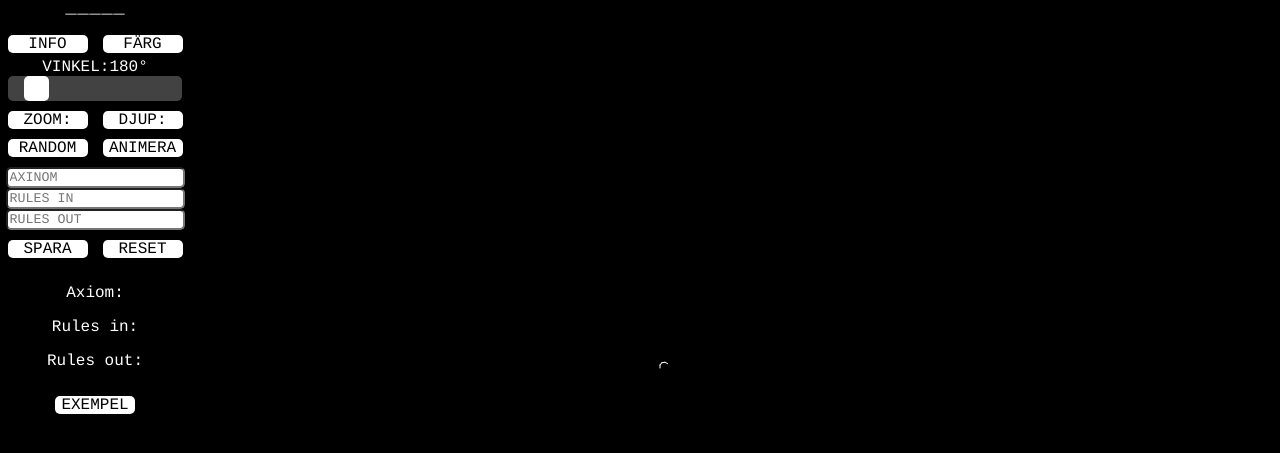
Repository: Gabrielw123/Fraktalgenerator
Page: fraktaler/test/index.html
An editor plug-in stored every save of this project. The page is shown before and after the next save, followed by the edit.
The browser window is 1280 px wide. The pictures show the whole page.
Some web libraries are served in a nearby version.

Above is the page before, as saved 2022-01-13 09:47:18.

### fraktaler/test/index.html
<!DOCTYPE html>
<html lang="en">
  <head>
    <meta charset="UTF-8" />
    <meta http-equiv="X-UA-Compatible" content="IE=edge" />
    <meta name="viewport" content="width=device-width, initial-scale=1.0" />
    <link rel="stylesheet" href="style.css" />
    <title>Fraktal Generator</title>
    <script src="https://cdn.jsdelivr.net/npm/p5@1.0.0/lib/p5.js"></script>
    <!--fading-->
    <script src="http://ajax.googleapis.com/ajax/libs/jquery/1.7.1/jquery.min.js" type="text/javascript"></script>
  </head>
  <body>
    <!--Skapa en canvas-->
    <canvas id="canvas"></canvas>
    <div class="menu">
      <div class="kontroller">
        <div onmousedown="return false" onselectstart="return false" class="grid-container1">
          <div class="grid-item">
            <a class="knappgöm" id="gömknapp" onClick="action();">⏤⏤⏤⏤⏤</a>
          </div>
        </div>
        <div onmousedown="return false" onselectstart="return false" class="grid-container" id="göm1">
          <div class="grid-item">
            <a class="knapp" id="infoknapp">INFO</a>
          </div>
          <div class="grid-item">
            <a class="knapp" id="colorknapp" onclick="color();">FÄRG</a>
          </div>
      </div>
      <!--slider vinkel-->
      <div class="slider-container" id="göm2">
        <a onmousedown="return false" onselectstart="return false" >VINKEL:<span id="vinkel-out"></span>&deg;</a>
        <input type="range" min="0" max="360" class="slider" id="vinkel" />
      </div>

      <div onmousedown="return false" onselectstart="return false" class="grid-container"id="göm3">
        <div class="grid-item">
          <a class="knapp" id="längdknapp"
            >ZOOM:<span id="segment_n"></span
          ></a>
        </div>
        <div class="grid-item">
          <a class="knapp" id="djupknapp">DJUP:<span id="generation-out"></span></a>
        </div>

        <div class="grid-item">
          <a class="knapp" id="randomknapp" onclick="random();">RANDOM</a>
        </div>
        <div class="grid-item">
          <a class="knapp" id="animeraknapp" onclick="animera();">ANIMERA</a>
        </div>
      </div>

      <div class="grid-container1"id="göm4">
        <div class="grid-item">
          <input style="font-family:courier" class="input" type="text" placeholder="AXINOM" id="axiom" />
          <input style="font-family:courier" class="input" type="text" placeholder="RULES IN" id="rules1" />
          <input style="font-family:courier" class="input" type="text" placeholder="RULES OUT" id="rules2" />
        </div>

      </div>
      <div onmousedown="return false" onselectstart="return false" class="grid-container"id="göm5">
        <div class="grid-item">
          <a class="knapp" id="btn">SPARA</a>
        </div>
        <div class="grid-item">
          <a class="knapp" id="resetknapp" onclick="reset();">RESET</a>
        </div>

      </div>
      <div class="grid-container1"id="göm6">

        <div class="grid-item">
          <p>Axiom:<span id="axiom-out"></span></p>
          <p>Rules in:<span id="rules1-out"></span></p>
          <p>Rules out:<span id="rules2-out"></span></p>
          <p></p>
        </div>
        <div class="grid-item">
          <a onmousedown="return false" onselectstart="return false" class="knapp" id="exempelknapp" onclick="example();">EXEMPEL</a>
        </div>
      </div>

      <!--EXEMPEL-->

      <div onmousedown="return false" onselectstart="return false"  class="grid-container"id="göm7">
        <div class="grid-item">
          <a class="knappex" id="Board">Board</a>
        </div>
        <div class="grid-item">
          <a class="knappex" id="Crystal">Crystal</a>
        </div>
        <div class="grid-item">
          <a class="knappex" id="Dragon Curve">Dragon Curve</a>
        </div>
        <div class="grid-item">
          <a class="knappex" id="Hexagonal Gosper">Hexagonal Gosper</a>
        </div>
        <div class="grid-item">
          <a class="knappex" id="Kochcurve" >Koch curve</a>
        </div>
        <div class="grid-item">
          <a class="knappex" id="Krishna Anklets">Krishna Anklets</a>
        </div>
        <div class="grid-item">
          <a class="knappex" id="Lévy curve" >Lévy curve</a>
        </div>
        <div class="grid-item">
          <a class="knappex" id="L-System Bushes 1" >L-System Bushes 1</a>
        </div>
        <div class="grid-item">
          <a class="knappex" id="L-System Bushes 2">L-System Bushes 2</a>
        </div>
        <div class="grid-item">
          <a class="knappex" id="Peano Curve">Peano Curve</a>
        </div>
        <div class="grid-item">
          <a class="knappex" id="Quadratic Snowflake">Quadratic Snowflake
          </a>
        </div>
        <div class="grid-item">
          <a class="knappex" id="Rings" >Rings</a>
        </div>
        <div class="grid-item">
          <a class="knappex" id="Sierpinski Arrowhead">Sierpinski Arrowhead</a>
        </div>
        <div class="grid-item">
          <a class="knappex" id="Sierpinskisquare">Sierpinski Square</a>
        </div>
        <div class="grid-item">
          <a class="knappex" id="Snowflake">Snowflake</a>
        </div>
        <div class="grid-item">
          <a class="knappex" id="Tiles" >Tiles</a>
        </div>
        <div class="grid-item">
          <a class="knappex" id="Triangle">Triangle</a>
        </div>
        <div class="grid-item">
          <a class="knappex" id="Von Koch Snowflake" >Von Koch Snowflake</a>
        </div>
    </div>
  </div>
    <!--Script-->
    <script src="bruh.js">example();
      fraktal.update();
    </script>
  </body>
</html>

### fraktaler/test/style.css
body {
  font-family: "courier", monospace;
  background-color: black;
  color: white;
  text-align: center;
}

.menu {
  background: rgba(97, 97, 97, 0);
  border-radius: 10px;
}
.input {
  width: 90%;
  border-radius: 5px;
}
#color {
  color: red;
}
.kontroller {
  background: rgba(97, 97, 97, 0);
  width: 190px;
  height: 180px;
  margin: auto;
  border-radius: 10px;
  position: fixed;
  top: 0%;
  left: 0%;
  right: 100%;
}
.grid-container {
  display: grid;
  grid-template-columns: auto auto;
}
.grid-item {
  text-align: center;
  margin: auto;
  padding-top: 5px;
  padding-bottom: 5px;
}
.grid-container1 {
  display: grid;
  grid-template-columns: auto;
}
.grid-item1 {
  text-align: center;
  margin: auto;
  padding-top: 5px;
  padding-bottom: 5px;
  width: 300px;
}
#axiom-out {
  text-align: left;
}
.slider-container {
  display: grid;
  grid-template-columns: auto;
  width: 92%;
  margin: auto;
  padding-bottom: 5px;
}
.slider {
  -webkit-appearance: none;
  width: 100%;
  height: 25px;
  background: #424242;
  outline: none;
  margin: auto;
  -webkit-transition: 0.2s;
  transition: opacity 0.2s;
  border-radius: 5px;
}

.slider:hover {
  background: #262626;
}

.slider::-webkit-slider-thumb {
  -webkit-appearance: none;
  appearance: none;
  width: 25px;
  height: 25px;
  background: #ffffff;
  cursor: pointer;
  border-radius: 5px;
}

.slider::-moz-range-thumb {
  width: 25px;
  height: 25px;
  background: #04aa6d;
  cursor: pointer;
}

a.knapp {
  display: block;
  background: white;
  color: black;
  width: 80px;
  cursor: pointer;
  border-radius: 5px;
}
a.knapp:hover {
  background: #424242;
  border-radius: 5px;
}

#canvas {
  position: fixed;
  top: 0px;
  left: 0px;
  z-index: -1;
}

a.knappon {
  display: block;
  width: 80px;
  background: #444444;
  color: #ffffff;
  cursor: pointer;
  border-radius: 5px;
}
a.knappex {
  display: block;
  background: white;
  color: black;
  width: 85px;
  cursor: pointer;
  font-size: 15px;
  height: 35px;
  border-radius: 5px;
  text-align: auto;
}
a.knappex:hover {
  background: #424242;
  border-radius: 5px;
}
.span {
  width: 500px;
}
.knappgöm {
  display: block;
  background: black;
  color: white;
  width: 85px;
  height: 20px;
  cursor: pointer;
  font-size: 15px;
  border-radius: 5px;
}
a.knappgöm:hover {
  background: #424242;
  border-radius: 5px;
}

### fraktaler/test/bruh.js
/*

Den här fraktal generatorn använder sig av Lindenmayer systemet (https://en.wikipedia.org/wiki/L-system)

Källor för lite info
https://codesandbox.io/s/fraktal-generator-forked-g76j8?file=/sketch.js
https://en.wikipedia.org/wiki/L-system#Types_of_L-systems
http://paulbourke.net/fractals/lsys/
https://www.sidefx.com/docs/houdini/nodes/sop/lsystem.html
http://www1.biologie.uni-hamburg.de/b-online/e28_3/lsys.html
https://www.kevs3d.co.uk/dev/lsystems/
https://piratefsh.github.io/p5js-art/public/lsystems/

*/

//INFO button
fetch("README.txt")
  .then((response) => response.text())
  .then((text) => console.log(text));

var info = document.getElementById("infoknapp");
info.onclick = function () {
  confirm("to");
};

//hur snabbt den animerar
var animatespeed = 100;

//lite variablar
let genButton;
let resButton;
let guiText;
color_n = 0;
let generation = 0;
let maxGeneration = 5;
let length;
let angle;
//första load
let axiom = "F+F+F+F";
let rules = [
  {
    in: "F",
    out: "F+F-F-FF+F+F-F",
  },
];

//save button för egna input på fraktaler
const btn = document.getElementById("btn");

btn.addEventListener("click", function () {
  var axiom2 = document.getElementById("axiom").value;
  var rules1 = document.getElementById("rules1").value;
  var rules2 = document.getElementById("rules2").value;
  confirm(
    "Axiom: " + axiom2 + "\nRules in: " + rules1 + "\nRules out: " + rules2
  );
  axiom = axiom2;
  rules = [
    {
      in: rules1,
      out: rules2,
    },
  ];
});

//animera ikonen på hemsidan
var favicon_images = [
    "bilderhem/tmp-0.gif",
    "bilderhem/tmp-1.gif",
    "bilderhem/tmp-2.gif",
    "bilderhem/tmp-3.gif",
    "bilderhem/tmp-4.gif",
    "bilderhem/tmp-5.gif",
  ],
  image_counter = 0;

setInterval(function () {
  if (document.querySelector("link[rel='icon']") !== null)
    document.querySelector("link[rel='icon']").remove();
  if (document.querySelector("link[rel='shortcut icon']") !== null)
    document.querySelector("link[rel='shortcut icon']").remove();
  document
    .querySelector("head")
    .insertAdjacentHTML(
      "beforeend",
      '<link rel="icon" href="' +
        favicon_images[image_counter] +
        '" type="image/gif">'
    );
  if (image_counter == favicon_images.length - 1) image_counter = 0;
  else image_counter++;
}, 200);

//göm UI
var hidden = false;
function action() {
  hidden = !hidden;
  if (hidden) {
    document.getElementById("göm1").style.visibility = "hidden";
    document.getElementById("göm2").style.visibility = "hidden";
    document.getElementById("göm3").style.visibility = "hidden";
    document.getElementById("göm4").style.visibility = "hidden";
    document.getElementById("göm5").style.visibility = "hidden";
    document.getElementById("göm6").style.visibility = "hidden";
    if (document.getElementById("göm7").style.visibility === "visible") {
      document.getElementById("göm7").style.visibility = "hidden";
    }
  } else {
    document.getElementById("göm1").style.visibility = "visible";
    document.getElementById("göm2").style.visibility = "visible";
    document.getElementById("göm3").style.visibility = "visible";
    document.getElementById("göm4").style.visibility = "visible";
    document.getElementById("göm5").style.visibility = "visible";
    document.getElementById("göm6").style.visibility = "visible";
    document.getElementById("göm7").style.visibility = "visible";
  }
}
//göm från början
document.getElementById("göm7").style.visibility = "hidden";
var hidden1 = true;
function example() {
  hidden1 = !hidden1;
  if (hidden1) {
    document.getElementById("göm7").style.visibility = "hidden";
  } else {
    document.getElementById("göm7").style.visibility = "visible";
  }
}

let sentence = axiom;

//start funktion
function setup() {
  createCanvas(windowWidth - 40, windowHeight - 25);
  angle = radians(vinkel.value);
  length = segment_n * 3;
  turtle();
  drawGUI();
}

//color problem
var r = 255,
  g = 0,
  b = 0;

setInterval(function () {
  if (r > 0 && b == 0) {
    r--;
    g++;
  }
  if (g > 0 && r == 0) {
    g--;
    b++;
  }
  if (b > 0 && g == 0) {
    r++;
    b--;
  }
  $("#color").text("rgb(" + r + "," + g + "," + b + ")");
  $("#color").css("color", "rgb(" + r + "," + g + "," + b + ")");
  turtle();
  console.log("df");
}, 10);

function generate() {
  length = segment_n * 3;

  let nextSentence = "";

  for (let i = 0; i < sentence.length; i++) {
    let found = false;
    let currentChar = sentence.charAt(i);

    for (let j = 0; j < rules.length; j++) {
      if (currentChar === rules[j].in) {
        found = true;
        nextSentence += rules[j].out;
        break;
      }
    }
    if (!found) {
      nextSentence += currentChar;
    }
  }
  sentence = nextSentence;
  turtle();
}
function turtle() {
  resetMatrix();
  background(0);
  //color
  if (color_n === 0) {
    stroke(255); //white
  }
  if (color_n === 1) {
    stroke(0, 0, 255); //blue
  }
  if (color_n === 2) {
    stroke(0, 128, 0); //green
  }
  if (color_n === 3) {
    stroke(255, 0, 0); //red
  }
  if (color_n === 4) {
    stroke(255, 165, 0); //orange
  }
  if (color_n === 5) {
    stroke(r, g, b); //rgb flera färger
  }
  translate(window.innerWidth / 2, window.innerHeight / 2);

  for (let i = 0; i <= sentence.length; i++) {
    let currentChar = sentence.charAt(i);

    if (currentChar === "F") {
      line(0, 0, 0, -length);
      translate(0, -length);
    } else if (currentChar === "+") {
      rotate(angle);
    } else if (currentChar === "-") {
      rotate(-angle);
    } else if (currentChar === "[") {
      push();
    } else if (currentChar === "]") {
      pop();
    }
  }
}

var djupknapp = document.getElementById("djupknapp");
djupknapp.onclick = function () {
  if (generation < maxGeneration) {
    generate();
  }
  generation++;
  if (generation > 5) {
    generation = 1;
    sentence = axiom;
    generate();
  }
  var generationout = document.getElementById("generation-out");
  generationout.innerHTML = generation;
  var axiomout = document.getElementById("axiom-out");
  axiomout.innerHTML = axiom;
  var rules1out = document.getElementById("rules1-out");
  rules1out.innerHTML = rules[0].in;
  var rules2out = document.getElementById("rules2-out");
  rules2out.innerHTML = rules[0].out;
};

//skriver ut värden och saker på skärmer för användaren
function drawGUI() {
  genButton = createButton("DJUP");
  genButton.size(85, 20);
  genButton.position(-200, 260);
  genButton.mousePressed(function () {
    if (generation < maxGeneration) {
      generate();
    }
    generation++;
    if (generation > 5) {
      generation = 1;
      sentence = axiom;
      generate();
    }
    var generationout = document.getElementById("generation-out");
    generationout.innerHTML = generation;
    var axiomout = document.getElementById("axiom-out");
    axiomout.innerHTML = axiom;
    var rules1out = document.getElementById("rules1-out");
    rules1out.innerHTML = rules[0].in;
    var rules2out = document.getElementById("rules2-out");
    rules2out.innerHTML = rules[0].out;
  });
}

//!Exemepel knappar

//Andra rad
animera_n = 0;

var c1 = 0;
var t;
var timer_is_on = 0;

//Random funktion
function getRandomInt(min, max) {
  min = Math.ceil(min);
  max = Math.floor(max);
  return Math.floor(Math.random() * (max - min) + min); //The maximum is exclusive and the minimum is inclusive
}

var fraktal = (function () {
  //js funktion
  const c = document.getElementById("canvas");
  var ctx = c.getContext("2d");

  //får bredden och höjden av hemsidan du har på din enhet
  c.width = window.innerWidth;
  c.height = window.innerHeight;
  ctx.strokeStyle = "black";
  ctx.lineWidth = 2;

  //!SLIDERS
  var vinkel = document.getElementById("vinkel");
  var vinkelout = document.getElementById("vinkel-out");
  vinkelout.innerHTML = vinkel.value;

  //gör saker med vinkel
  vinkel.oninput = function () {
    vinkelout.innerHTML = this.value;
    update();
  };

  //SEGMENT
  var segment = document.getElementById("längdknapp");
  segment.onclick = function () {
    segment_n++;
    if (segment_n === 6) {
      segment_n = 1;
    }
    document.getElementById("segment_n").innerHTML = segment_n;
    update();
  };
  //!RESET
  var reset = document.getElementById("resetknapp");
  reset.onclick = function () {
    sentence = axiom;
    turtle();
    vinkel.value = 90;
    segment_n = 3;
    generation = 2;
    axiom = "F+F+F+F";
    rules = [
      {
        in: "F",
        out: "F+F-F-FF+F+F-F",
      },
    ];
    //stönga av animera
    clearTimeout(t);
    animera.className = "knapp";
    c1 = 0;
    animera_n = 0;
    //update this
    update();
  };

  //!RANDOM
  var random = document.getElementById("randomknapp");
  random.onclick = function () {
    vinkel.value = getRandomInt(0, 361);
    vinkelout.innerHTML = vinkel.value;
    update();
  };

  //!ANIMERA

  var animera = document.getElementById("animeraknapp");
  animera.onclick = function () {
    animera_n++;
    if (animera_n === 1) {
      timedCount();
      animera.className = "knappon";
    }
    if (animera_n === 2) {
      clearTimeout(t);
      animera.className = "knapp";
      c1 = 0;
      animera_n = 0;
    }
  };
  //!COLOR

  var color = document.getElementById("colorknapp");
  color.onclick = function () {
    color_n++;
    if (color_n === 6) {
      color_n = 0;
    }
    update();
  };

  timedCount = function () {
    var v = parseInt(vinkel.value);
    v = v + 1;

    if (v === 361) {
      v = 0;
    }
    //updatera UI
    vinkel.value = v;
    vinkelout.innerHTML = vinkel.value;
    //vänta
    t = setTimeout(timedCount, animatespeed);
    update();
  };

  //!Uppdatera allt/////////////////////////////
  var update = function () {
    //skriver ut de nya väderna
    setup();
    //Updaterar sliders och bilder/knappar
    vinkelout.innerHTML = vinkel.value;
    document.getElementById("segment_n").innerHTML = segment_n;
    var generationout = document.getElementById("generation-out");
    generationout.innerHTML = generation;

    var axiomout = document.getElementById("axiom-out");
    axiomout.innerHTML = axiom;
    var rules1out = document.getElementById("rules1-out");
    rules1out.innerHTML = rules[0].in;
    var rules2out = document.getElementById("rules2-out");
    rules2out.innerHTML = rules[0].out;
    //sparar hashen för hemsidan
    save();
  };

  //!SAVE OCH LOAD
  var save = function () {
    var ruleid =
      "#" +
      vinkel.value +
      "," +
      segment_n +
      "," +
      generation +
      "," +
      axiom +
      "," +
      rules[0].in +
      "," +
      rules[0].out;
    window.location = String(window.location).replace(/\#.*$/, "") + ruleid;
  };

  var load = function () {
    let d = window.location.toString();
    if (d.includes("#")) {
      const myArr = d.split("#");

      const test = myArr[1].split(",");
      //Sliders
      vinkel.value = test[0];
      //Knappar
      segment_n = test[1];
      generation = test[2];
      axiom = test[3];
      rules[0].in = test[4];
      rules[0].out = test[5];

      if (
        vinkel.value == undefined ||
        segment_n === undefined ||
        generation === undefined ||
        axiom === undefined ||
        rules[0].in === undefined ||
        rules[0].out === undefined
      ) {
        //Sliders
        vinkel.value = 40;
        //Knappar
        segment_n = 1;
        generation = 1;
        axiom = "F";
        rules[0].in = "F";
        rules[0].out = "F+F";
      }
    } else {
      //Sliders
      vinkel.value = 40;
      //Knappar
      segment_n = 1;
      //Knappar
      generation = 1;
      axiom = "F";
      rules[0].in = "F";
      rules[0].out = "F+F";
    }
    save();
  };
  //!START
  load();

  //!EXEMPEL
  //Exemplerna är ifrån http://paulbourke.net/fractals/lsys/
  //save button för egna input på fraktaler
  const Kochcurve = document.getElementById("Kochcurve");
  Kochcurve.addEventListener("click", function () {
    axiom = "F+F+F+F";
    rules = [
      {
        in: "F",
        out: "F+F-F-FF+F+F-F",
      },
    ];
    vinkel.value = 90;
    segment_n = 3;
    generation = 5;
    update();
  });

  const Sierpinskisquare = document.getElementById("Sierpinskisquare");
  Sierpinskisquare.addEventListener("click", function () {
    axiom = "F+XF+F+XF";
    rules = [
      {
        in: "X",
        out: "XF-F+F-XF+F+XF-F+F-X",
      },
    ];
    vinkel.value = 90;
    segment_n = 3;
    generation = 5;
    update();
  });

  const LSystemBushes1 = document.getElementById("L-System Bushes 1");
  LSystemBushes1.addEventListener("click", function () {
    axiom = "F";
    rules = [
      {
        in: "F",
        out: "FF+[+F-F-F]-[-F+F+F]",
      },
    ];
    vinkel.value = 22.5;
    segment_n = 1;
    generation = 5;
    update();
  });

  const LSystemBushes2 = document.getElementById("L-System Bushes 2");
  LSystemBushes2.addEventListener("click", function () {
    axiom = "F";
    rules = [
      {
        in: "F",
        out: "F[+FF][-FF]F[-F][+F]F",
      },
    ];
    vinkel.value = 35;
    segment_n = 1;
    generation = 5;
    update();
  });

  const Board = document.getElementById("Board");
  Board.addEventListener("click", function () {
    axiom = "F+F+F+F";
    rules = [
      {
        in: "F",
        out: "FF+F+F+F+FF",
      },
    ];
    vinkel.value = 90;
    segment_n = 1;
    generation = 5;
    update();
  });

  const Triangle = document.getElementById("Triangle");
  Triangle.addEventListener("click", function () {
    axiom = "F+F+F";
    rules = [
      {
        in: "F",
        out: "F-F+F",
      },
    ];
    vinkel.value = 120;
    segment_n = 1;
    generation = 5;
    update();
  });
  const Crystal = document.getElementById("Crystal");
  Crystal.addEventListener("click", function () {
    axiom = "F+F+F+F";
    rules = [
      {
        in: "F",
        out: "FF+F++F+F",
      },
    ];
    vinkel.value = 90;
    segment_n = 1;
    generation = 5;
    update();
  });
  const VonKochSnowflake = document.getElementById("Von Koch Snowflake");
  VonKochSnowflake.addEventListener("click", function () {
    axiom = "F++F++F";
    rules = [
      {
        in: "F",
        out: "F-F++F-F",
      },
    ];
    vinkel.value = 60;
    segment_n = 1;
    generation = 5;
    update();
  });
  const Tiles = document.getElementById("Tiles");
  Tiles.addEventListener("click", function () {
    axiom = "F+F+F+F";
    rules = [
      {
        in: "F",
        out: "FF+F-F+F+FF",
      },
    ];
    vinkel.value = 90;
    segment_n = 1;
    generation = 5;
    update();
  });

  const Rings = document.getElementById("Rings");
  Rings.addEventListener("click", function () {
    axiom = "F+F+F+F";
    rules = [
      {
        in: "F",
        out: "FF+F+F+F+F+F-F",
      },
    ];
    vinkel.value = 90;
    segment_n = 1;
    generation = 5;
    update();
  });
  const Lévycurve = document.getElementById("Lévy curve");
  Lévycurve.addEventListener("click", function () {
    axiom = "F";
    rules = [
      {
        in: "F",
        out: "+F--F+",
      },
    ];
    vinkel.value = 45;
    segment_n = 1;
    generation = 5;
    update();
  });
  const HexagonalGosper = document.getElementById("Hexagonal Gosper");
  HexagonalGosper.addEventListener("click", function () {
    axiom = "XF";
    rules = [
      {
        in: "X",
        out: "X+YF++YF-FX--FXFX-YF+",
      },
      {
        in: "Y",
        out: "-FX+YFYF++YF+FX--FX-Y",
      },
    ];
    vinkel.value = 60;
    segment_n = 1;
    generation = 5;
    update();
  });
  const DragonCurve = document.getElementById("Dragon Curve");
  DragonCurve.addEventListener("click", function () {
    axiom = "FX";
    rules = [
      {
        in: "X",
        out: "X+YF+",
      },
      {
        in: "Y",
        out: "-FX-Y",
      },
    ];
    vinkel.value = 90;
    segment_n = 1;
    generation = 5;
    update();
  });
  const SierpinskiArrowhead = document.getElementById("Sierpinski Arrowhead");
  SierpinskiArrowhead.addEventListener("click", function () {
    axiom = "YF";
    rules = [
      {
        in: "X",
        out: "YF+XF+Y",
      },
      {
        in: "Y",
        out: "XF-YF-X",
      },
    ];
    vinkel.value = 60;
    segment_n = 1;
    generation = 5;
    update();
  });
  const QuadraticSnowflake = document.getElementById("Quadratic Snowflake");
  QuadraticSnowflake.addEventListener("click", function () {
    axiom = "F";
    rules = [
      {
        in: "F",
        out: "F-F+F+F-F",
      },
    ];
    vinkel.value = 90;
    segment_n = 1;
    generation = 5;
    update();
  });
  const PeanoCurve = document.getElementById("Peano Curve");
  PeanoCurve.addEventListener("click", function () {
    axiom = "X";
    rules = [
      {
        in: "X",
        out: "XFYFX+F+YFXFY-F-XFYFX",
      },
      {
        in: "Y",
        out: "YFXFY-F-XFYFX+F+YFXFY",
      },
    ];
    vinkel.value = 90;
    segment_n = 1;
    generation = 5;
    update();
  });
  const snowflake = document.getElementById("Snowflake");
  snowflake.addEventListener("click", function () {
    axiom = "F-F-F-F-F";
    rules = [
      {
        in: "F",
        out: "F-F++F+F-F-F",
      },
    ];
    vinkel.value = 72;
    segment_n = 1;
    generation = 5;
    update();
  });
  const KrishnaAnklets = document.getElementById("Krishna Anklets");
  KrishnaAnklets.addEventListener("click", function () {
    axiom = "-X--X";
    rules = [
      {
        in: "X",
        out: "XFX--XFX",
      },
    ];
    vinkel.value = 45;
    segment_n = 1;
    generation = 5;
    update();
  });
})();

After the next save:
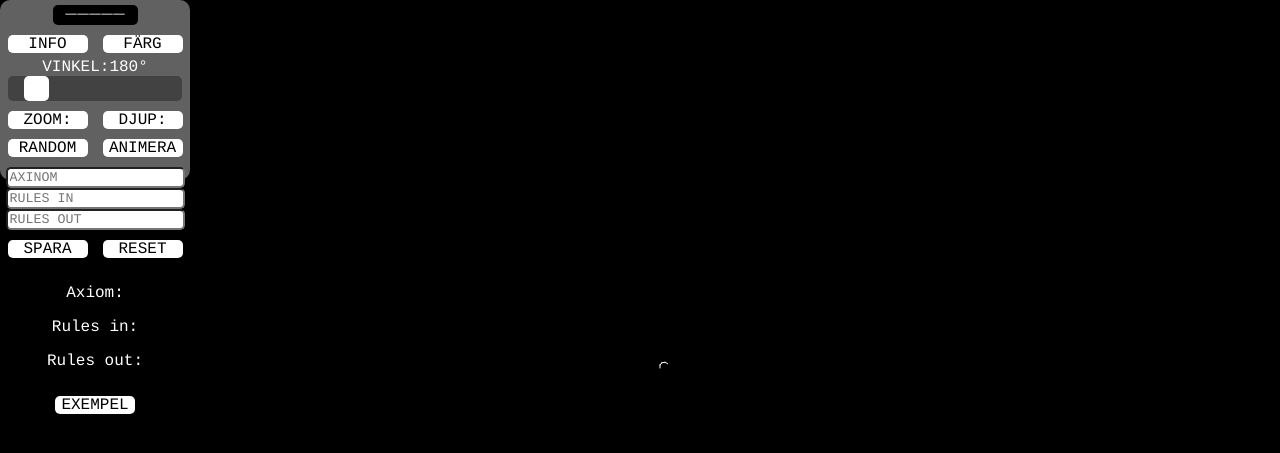
Saved 23 s later.
--- a/fraktaler/test/style.css
+++ b/fraktaler/test/style.css
@@ -6,8 +6,15 @@ body {
 }
 
 .menu {
-  background: rgba(97, 97, 97, 0);
+  background: rgba(97, 97, 97, 1);
+  width: 190px;
+  height: 180px;
+  margin: auto;
   border-radius: 10px;
+  position: fixed;
+  top: 0%;
+  left: 0%;
+  right: 100%;
 }
 .input {
   width: 90%;
